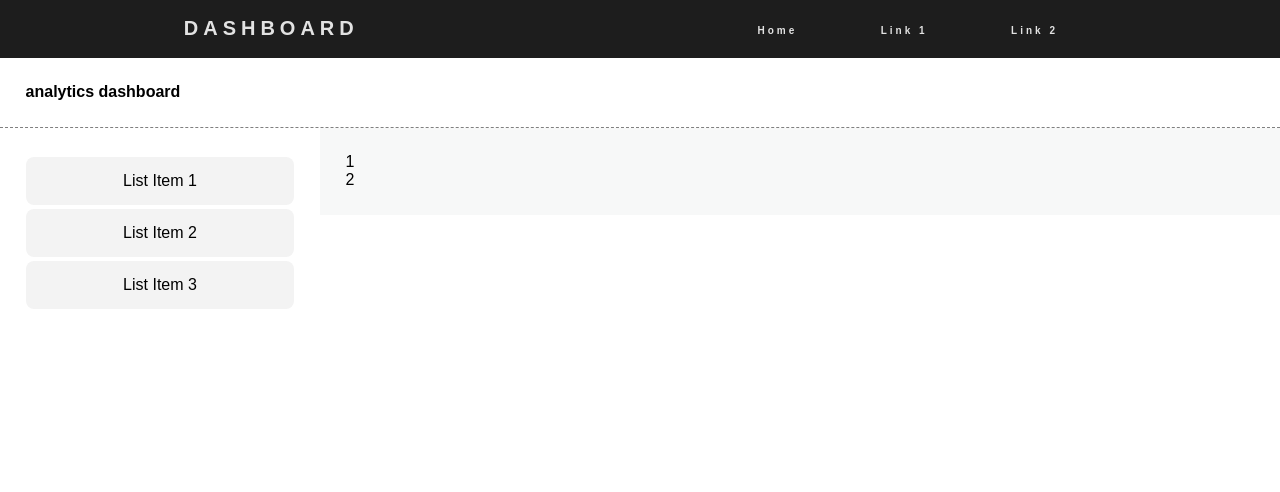
Repository: nourabdelhakam/drag-drop
Page: index.html
These files come from the project's save history. The page is drawn as it stood at one moment and after the next save; the edit follows.
The browser window is 1280 px wide. The pictures show the whole page.

Above is the page before, as saved 2020-07-03 09:18:50.

### index.html
<!DOCTYPE html>
<html lang="en">
<head>
    <meta charset="UTF-8">
    <meta name="viewport" content="width=device-width, initial-scale=1.0">
    <meta http-equiv="X-UA-Compatible" content="ie=edge">
    <title>Drag & Drop</title>
    <link rel="stylesheet" href="nav/nav.css">
    <link rel="stylesheet" href="css/main.css">
</head>
<body>

    <!-- <nav> -->
        <nav>
            <div class="logo">
                <h4>Dashboard</h4>
            </div>
            <ul class="nav-links">
                <li><a href="">Home</a></li>
                <li><a href="">Link 1</a></li>
                <li><a href="">Link 2</a></li>
            </ul>
            <div class="burger">
                <div class="line1"></div>
                <div class="line2"></div>
                <div class="line3"></div>
            </div>
        </nav>
      <!-- </nav> end of nav -->

      <section>
          <h4>analytics dashboard </h4>
          <div class="container">
              <div class="lists">
                <div class="left">
                    <div class="list">
                        <div class="list-item" draggable="true">List Item 1</div>
                        <div class="list-item" draggable="true">List Item 2</div>
                        <div class="list-item" draggable="true">List Item 3</div>
                    </div>
                  </div>
                  <div class="right">
                    <div class="list">1</div>
                    <div class="list">2</div>
                  </div>
              </div>
            <!-- <div class="lists">
                <div class="list">
                    <div class="list-item" draggable="true">List Item 1</div>
                    <div class="list-item" draggable="true">List Item 2</div>
                    <div class="list-item" draggable="true">List Item 3</div>
                </div>
                <div class="list"></div>
                <div class="list"></div>
            </div> -->
        </div>
      </section>


    <script src="main.js" type="text/javascript"></script>
    <script src="nav/nav.js" type="text/javascript"></script>
</body>
</html>

### nav/nav.css
nav {
    display: flex;
    justify-content: space-around;
    align-items: center;
    min-height: 8vh;
    background-color: #1D1D1D;
    font-family: "Poppins", sans-serif;
}
.logo {
    color: rgb(226, 226, 226);
    text-transform: uppercase;
    letter-spacing: 5px;
    font-size: 20px;
}
.nav-links {
    display: flex;
    justify-content: space-around;
    width: 30%;
}
.nav-links li {
    list-style: none;
}
.nav-links a {
    color: rgb(226, 226, 226);
    text-decoration: none;
    letter-spacing: 3px;
    font-weight: bold;
    font-size: 10px;
}
.burger {
    display: none;
    cursor: pointer;
}
.burger div {
    width: 25px;
    height: 3px;
    background-color: rgb(226, 226, 226);
    margin: 5px;
    transition: all 0.3s ease;
}


@media screen and (max-width:1024px) {
    .nav-links {
        width: 60%;
    }
}

@media screen and (max-width:768px) {

    body {
        overflow-x: hidden;
    }
    .nav-links {
        position: absolute;
        right: 0px;
        height: 92vh;
        top: 8vh;
        background-color: #1D1D1D;
        display: flex;
        flex-direction: column;
        align-items: center;
        width: 50%;
        transform: translatex(100%);
        transition: transform 0.5s ease-in;
    }
    .nav-links li {
        opacity: 0;
    }
    .burger {
        display: block;
    }
}

.nav-active {
    transform: translatex(0%);
}

@keyframes navLinkFade {
    from {
        opacity: 0;
        transform: translatex(50%);
    }
    to {
        opacity: 1;
        transform: translatex(0%);
    }
}

.toggle .line1 {
    transform: rotate(-45deg) translate(-5px, 6px);
}
.toggle .line2 {
    opacity: 0;
}
.toggle .line3 {
    transform: rotate(45deg) translate(-5px, -6px);
}

.landing {
    height: 90vh;
    display: flex;
    justify-content: center;
    align-items: center;
}
.landing h1 {
    margin: 100px;
    font-size: 50px;
    color: #ae5fce;
}

### css/main.css
* {
    margin: 0;
    padding: 0;
    box-sizing: border-box;
}
body {
    font-family: Arial, Helvetica, sans-serif;
}
h4 {
    padding: 2%;
}
.container {
    border-top: 1px dashed gray;
}
.left {
    width: 25%;
    height: 100%;
    float: left;
    padding: 2%;
}
.right {
    width: 75%;
    height: 100%;
    float: left;
    padding: 2%;
    background-color: #F7F8F8;
}
.list-item {
    background-color: #F3F3F3;
    border-radius: 8px;
    padding: 15px 20px;
    text-align: center;
    margin: 4px 0;
}
/* .container {
    display: flex;
    flex-flow: column;
    width: 90vw;
    height: 90vh;
    border-top: 1px dashed gray;
}
.lists {
    display: flex;
    flex: 1;
    width: 100%;
    overflow: scroll;
}
.lists .list {
    display: flex;
    flex-flow: column;
    flex: 1;

    width: 100%;
    min-width: 250px;
    max-width: 350px;
    height: 100%;
    min-height: 150px;

    background-color: rgba(0, 0, 0, 0.1);
    margin: 0 15px;
    padding: 8px;
    transition: all 0.2s linear;
}

.lists .list .list-item {
    background-color: #F3F3F3;
    border-radius: 8px;
    padding: 15px 20px;
    text-align: center;
    margin: 4px 0;
} */

### main.js
const list_items = document.querySelectorAll('.list-item');
const lists = document.querySelectorAll('.list');

let draggedItem = null;

for (let i = 0; i < list_items.length; i++) {
	const item = list_items[i];

	item.addEventListener('dragstart', function () {
		draggedItem = item;
		setTimeout(function () {
			item.style.display = 'none';
		}, 0)
	});

	item.addEventListener('dragend', function () {
		setTimeout(function () {
			draggedItem.style.display = 'block';
			draggedItem = null;
		}, 0);
	})

	for (let j = 0; j < lists.length; j ++) {
		const list = lists[j];

		list.addEventListener('dragover', function (e) {
			e.preventDefault();
		});

		list.addEventListener('dragenter', function (e) {
			e.preventDefault();
			this.style.backgroundColor = 'rgba(0, 0, 0, 0.2)';
		});

		list.addEventListener('dragleave', function (e) {
			this.style.backgroundColor = 'rgba(0, 0, 0, 0.1)';
		});

		list.addEventListener('drop', function (e) {
			console.log('drop');
			this.append(draggedItem);
			this.style.backgroundColor = 'rgba(0, 0, 0, 0.1)';
		});
	}
}

### nav/nav.js
const navSlide = () => {
    const burger = document.querySelector('.burger');
    const nav = document.querySelector('.nav-links');
    const navLinks = document.querySelectorAll('.nav-links li');


    burger.addEventListener('click', () => {

        //Toggle Nav
        nav.classList.toggle('nav-active');

        //Animate Links
        navLinks.forEach((link, index) => {

            if (link.style.animation) {
                link.style.animation = '';
            } else {
                link.style.animation = `navLinkFade 0.5s ease forwards ${index / 7 + 0.3}s`;
            }

        });

        //Burger Animation
        burger.classList.toggle('toggle');
    });

}

navSlide();

After the next save:
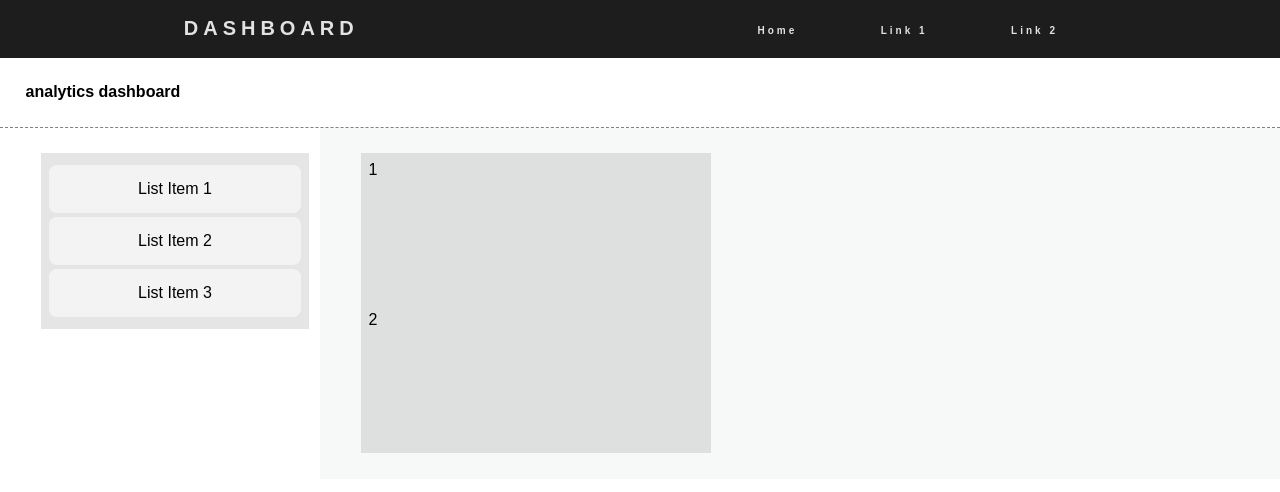
Saved 4 min 9 s later.
--- a/css/main.css
+++ b/css/main.css
@@ -24,6 +24,18 @@
     float: left;
     padding: 2%;
     background-color: #F7F8F8;
+}
+.list {
+    width: 100%;
+    min-width: 250px;
+    max-width: 350px;
+    height: 100%;
+    min-height: 150px;
+
+    background-color: rgba(0, 0, 0, 0.1);
+    margin: 0 15px;
+    padding: 8px;
+    transition: all 0.2s linear;
 }
 .list-item {
     background-color: #F3F3F3;

After the save that followed:
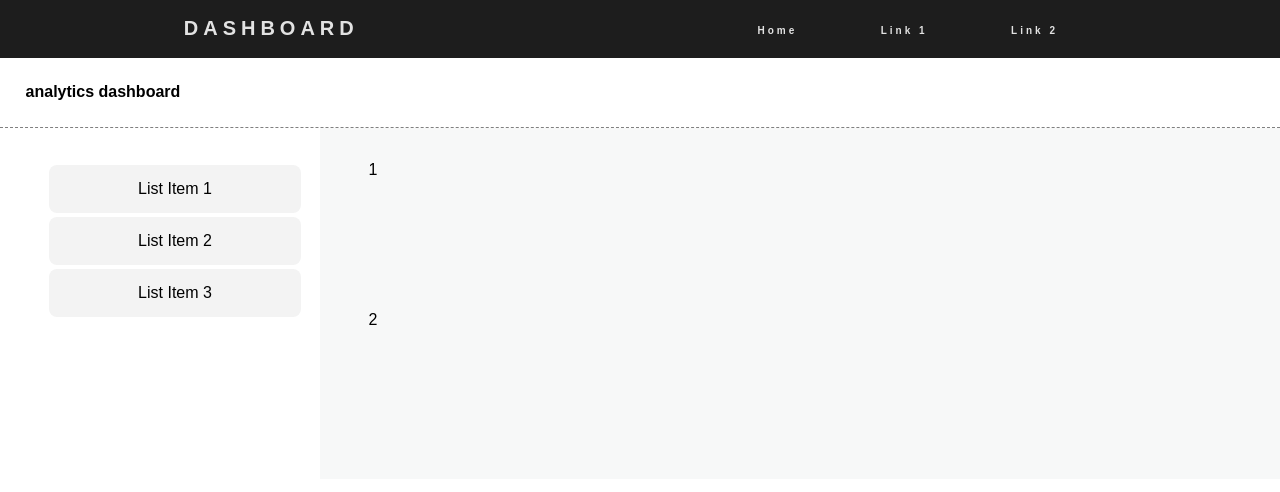
Saved 53 s later.
--- a/css/main.css
+++ b/css/main.css
@@ -32,7 +32,6 @@
     height: 100%;
     min-height: 150px;
 
-    background-color: rgba(0, 0, 0, 0.1);
     margin: 0 15px;
     padding: 8px;
     transition: all 0.2s linear;
